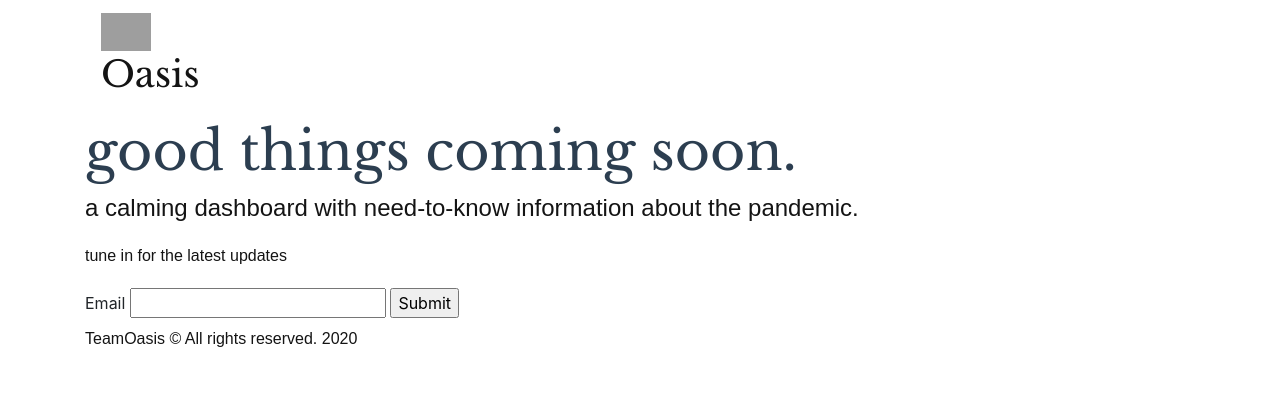
Repository: dexho/oasis-extension
Page: coming-soon.html
These files come from the project's save history. The page is drawn as it stood at one moment and after the next save; the edit follows.
The browser window is 1280 px wide. The pictures show the whole page.
Pictures or frames that could not be fetched are drawn as grey boxes. Some web fonts or font styles are not loaded; a fallback is used.

Above is the page before, as saved 2020-07-24 13:00:20.

After the next save:
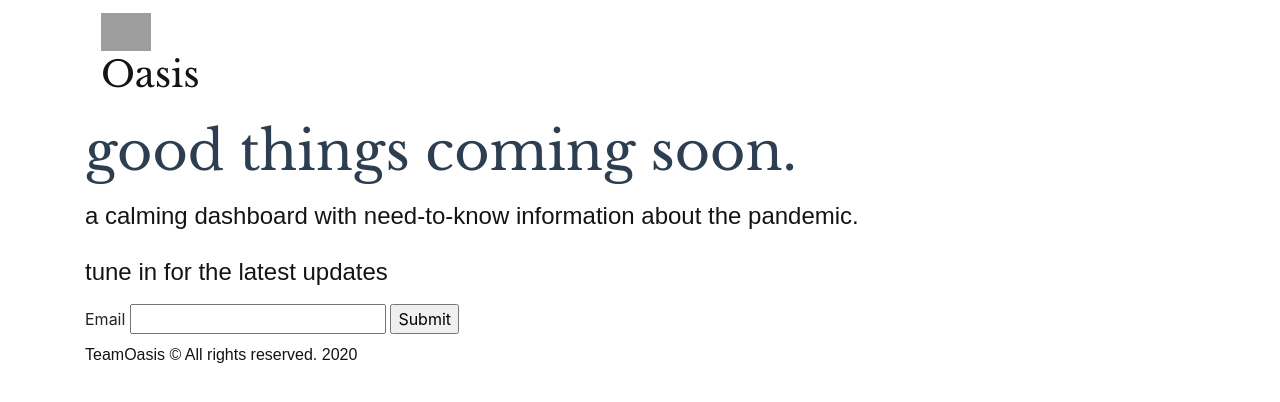
Saved 4 min 2 s later.
--- a/coming-soon.html
+++ b/coming-soon.html
@@ -35,10 +35,10 @@
         <main class="my-auto">
             <div class="container">
                 <h1>good things coming soon.</h1>
-                <p class="page-description">
+                <h3 class="page-description">
                     a calming dashboard with need-to-know information about the pandemic.
-                </p>
-                <p>tune in for the latest updates</p>
+                </h3>
+                <h3>tune in for the latest updates</h3>
                 <form action="/action_page.php">
                     <label for="email">Email</label>
                     <input type="email" id="email" name="email">
